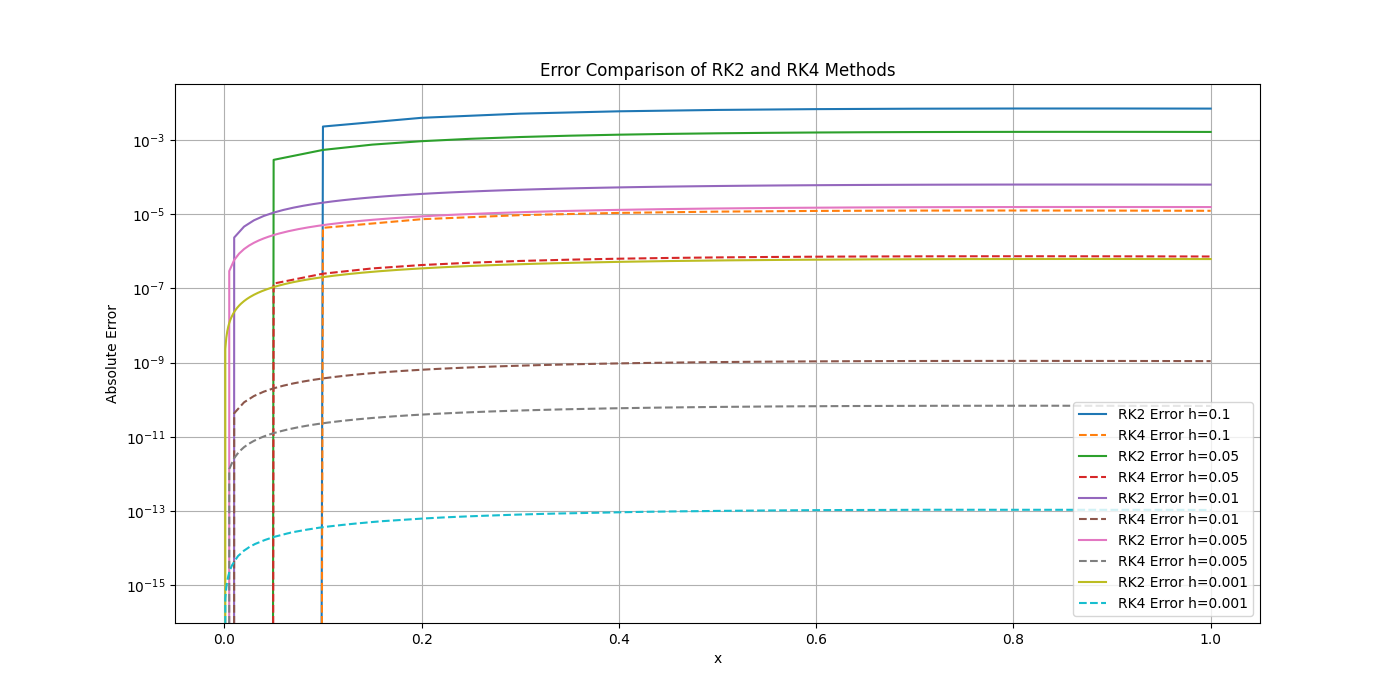
Repository: ChabanovX/runge-kutta-algos
Script's output: python test.py
An editor plug-in stored every save of this project. The script's output is shown before and after the next save, followed by the edit.
Random numbers start from a fixed seed.

Above is the script's output before, as saved 2024-11-09 14:30:49.

After the next save:
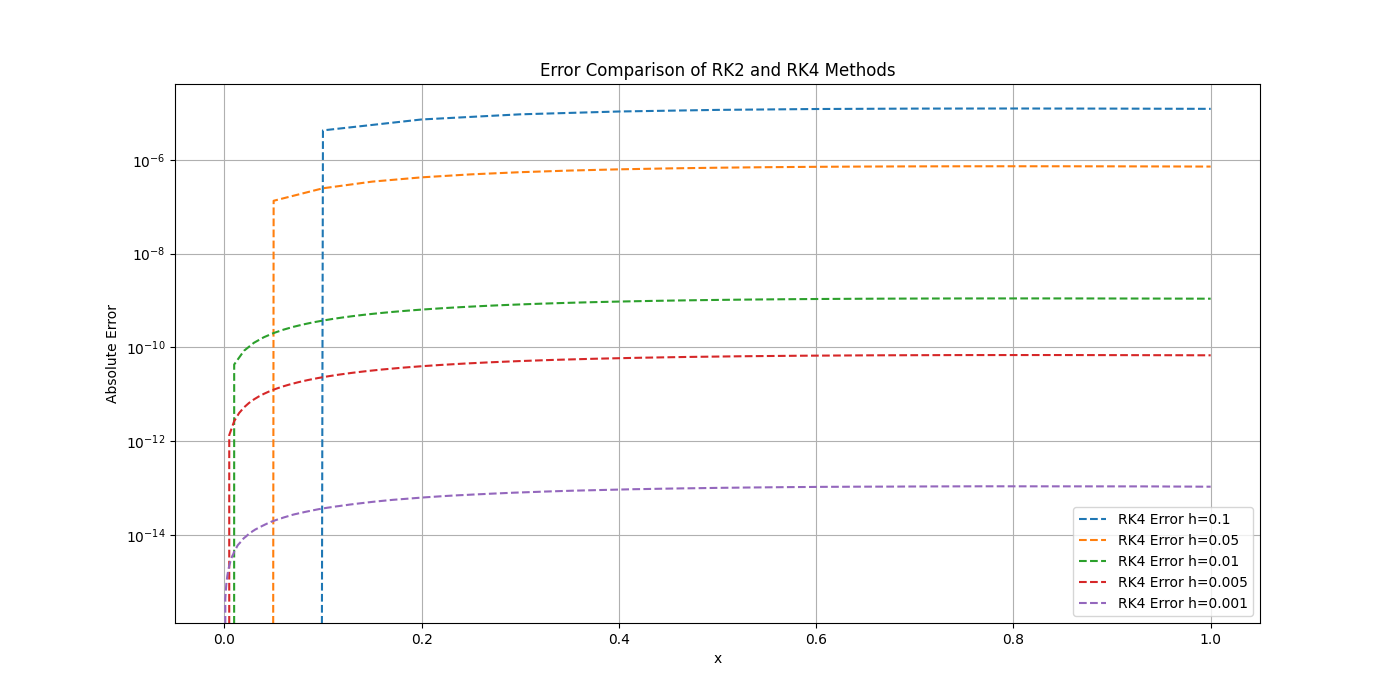
Saved 8 s later.
--- a/test.py
+++ b/test.py
@@ -65,7 +65,7 @@ for h in h_values:
     error_rk4 = np.abs(y_rk4 - y_exact_rk4)
 
     # Plot errors
-    plt.plot(x_rk2, error_rk2, label=f'RK2 Error h={h}')
+    # plt.plot(x_rk2, error_rk2, label=f'RK2 Error h={h}')
     plt.plot(x_rk4, error_rk4, '--', label=f'RK4 Error h={h}')
 
 plt.xlabel('x')
